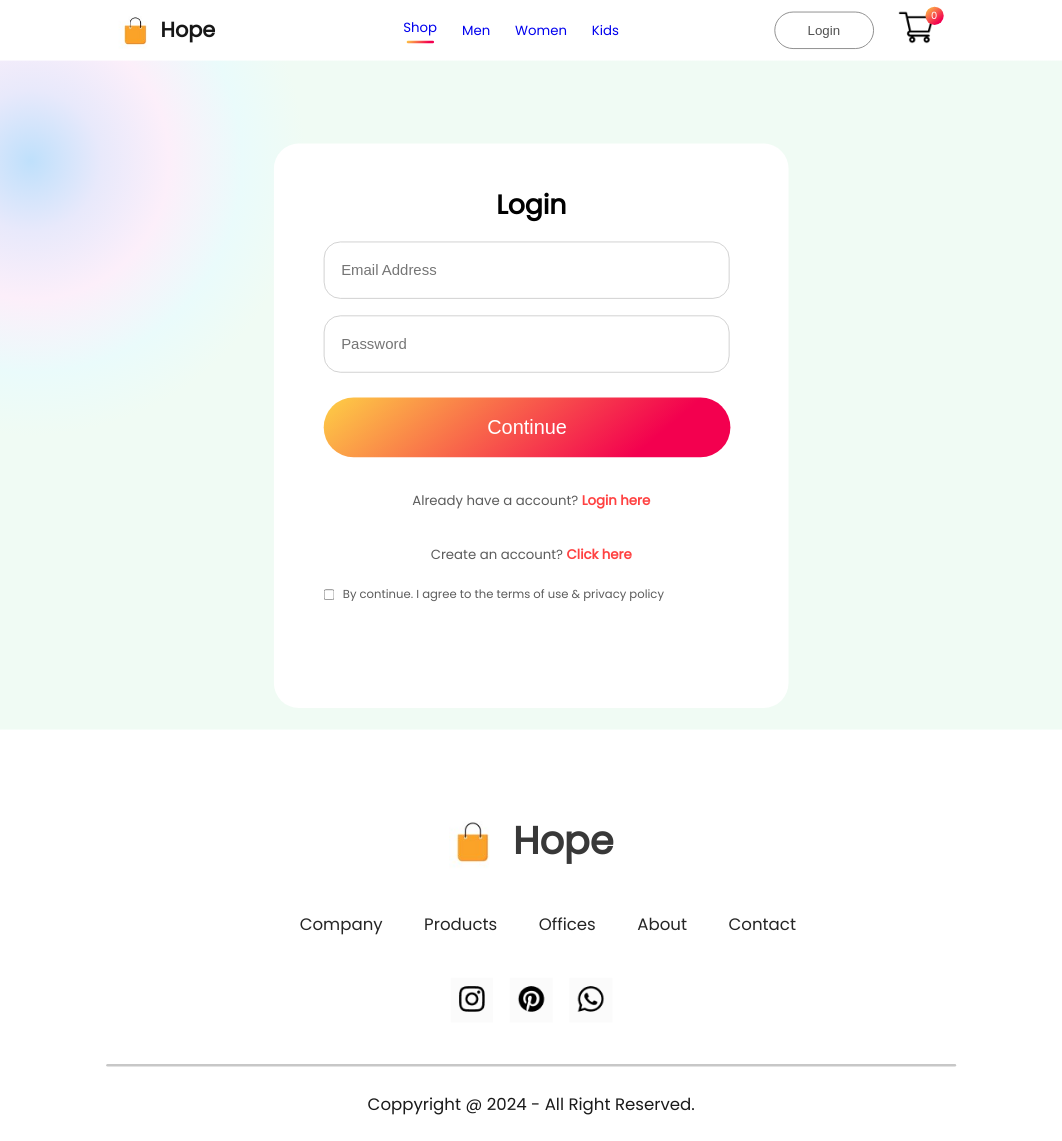
Repository: ititiu20201/Shopping-Online
Page: /login (app in my-app/)
The author's editor kept a copy of each file at every save. The page is drawn from the files as they stood at one save, then again after the next save.
The browser window is 1280 px wide. The pictures show the whole page, at 83% of full size.
The project was rebuilt for these pictures with package versions that can differ from the ones it lists, and the page was loaded fresh each time. Also part of the build but not shown: my-app/src/App.css, my-app/src/Pages/CSS/ShopCategory.css, my-app/src/Components/Item/Item.css, my-app/src/Components/Item/Item.jsx, my-app/src/Pages/ShopCategory.jsx, my-app/src/Components/Hero/Hero.css, my-app/src/Components/Hero/Hero.jsx, my-app/src/Components/Popular/Popular.css and 22 more.

Above is the page before, as saved 2024-06-19 03:04:39.

After the next save:
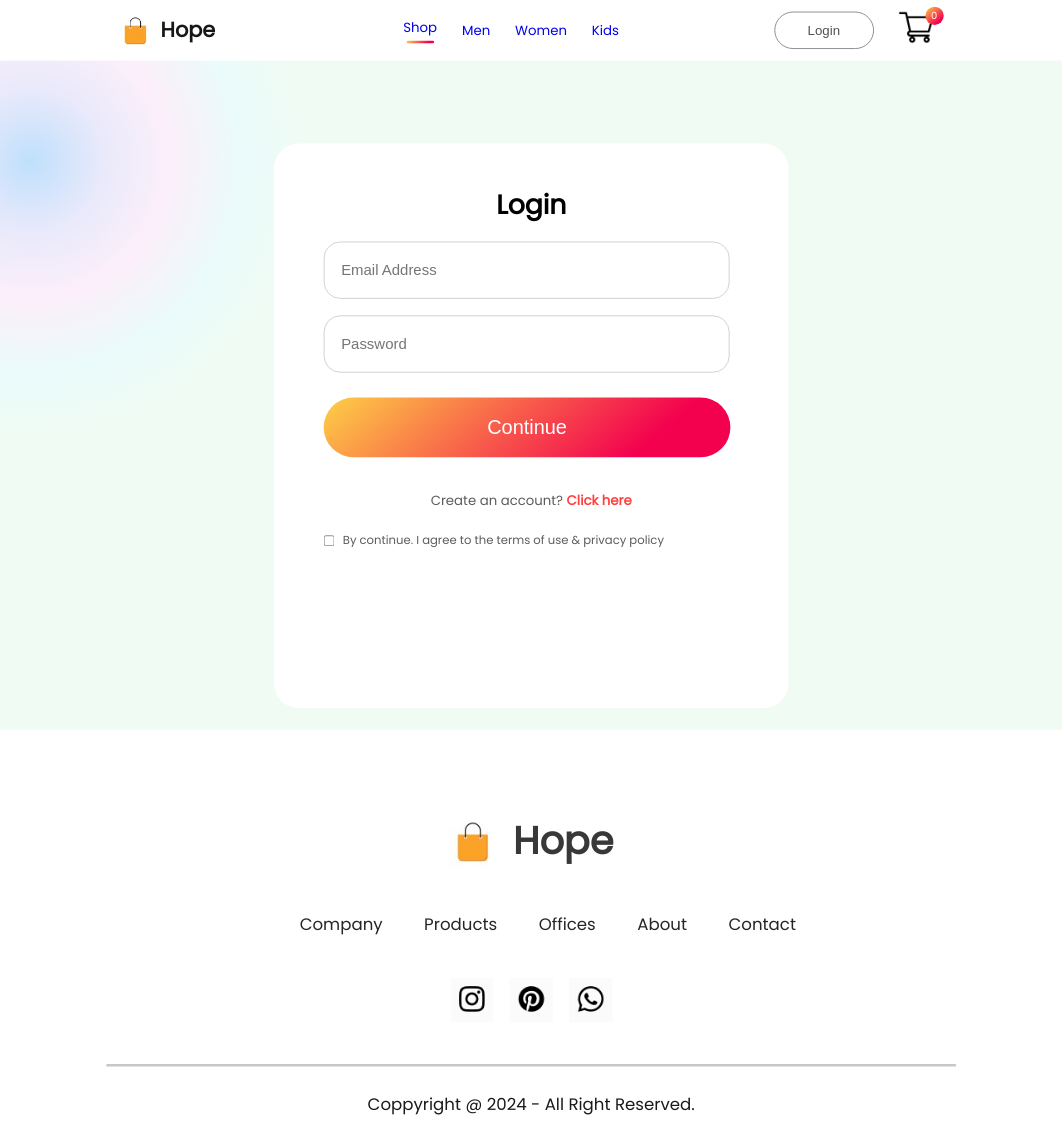
Saved 108 s later.
--- a/my-app/src/Pages/LoginSignup.jsx
+++ b/my-app/src/Pages/LoginSignup.jsx
@@ -18,12 +18,16 @@ const LoginSignup = () => {
           <input type="password" placeholder="Password" />
         </div>
         <button>Continue</button>
-        <p className="loginsignup-login">
-          Already have a account? <span>Login here</span>
-        </p>
-        <p className="loginsignup-login">
-          Create an account? <span>Click here</span>
-        </p>
+        {state === "Sign up" ? (
+          <p className="loginsignup-login">
+            Already have a account? <span>Login here</span>
+          </p>
+        ) : (
+          <p className="loginsignup-login">
+            Create an account? <span>Click here</span>
+          </p>
+        )}
+
         <div className="loginsignup-agree">
           <input type="checkbox" name="" id="" />
           <p>By continue. I agree to the terms of use & privacy policy</p>
